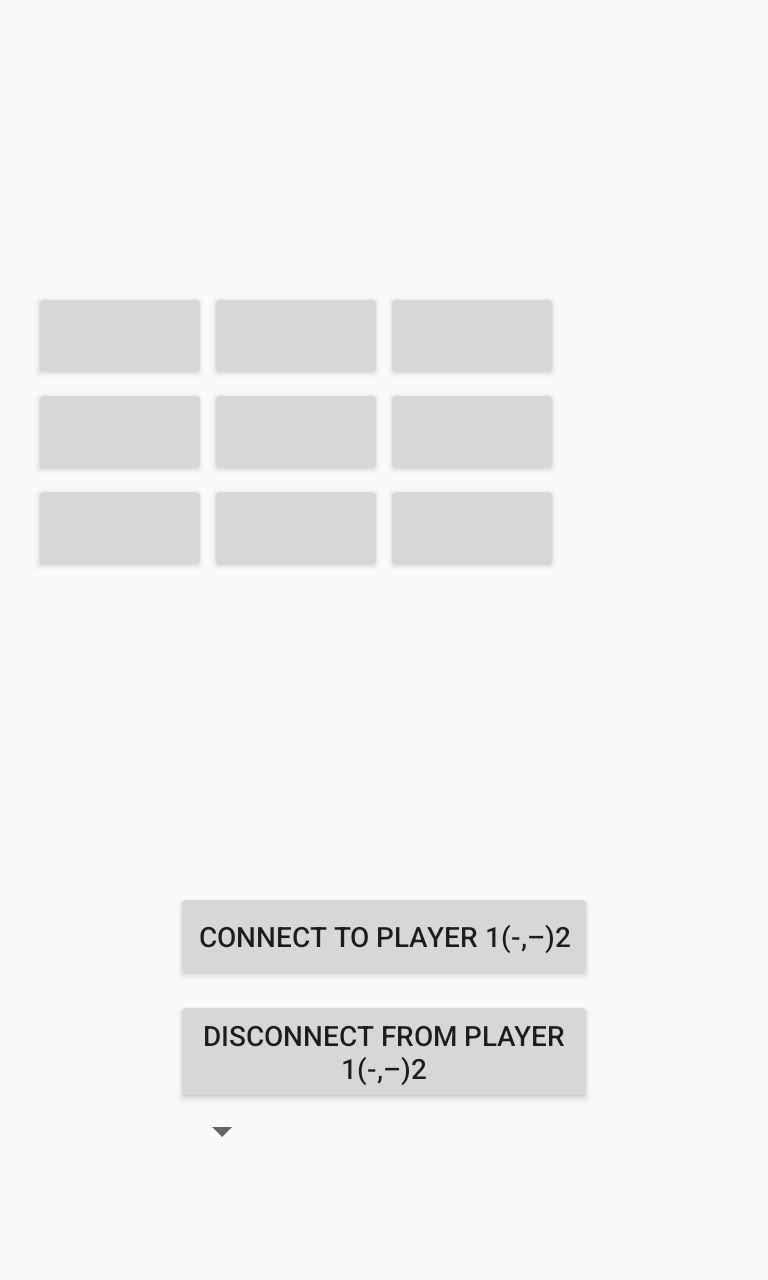
Repository: BananaGames/telecommProject
Layout: client/TelecommClient/res/layout/activity_main.xml
The author's editor kept a copy of each file at every save. The layout is drawn from the files as they stood at one save, then again after the next save.
It is drawn on a 768 x 1280 px phone screen (xhdpi) without system bars, with theme AppTheme; the app's code is not run.

Above is the layout before, as saved 2014-11-17 23:50:22.

After the next save:
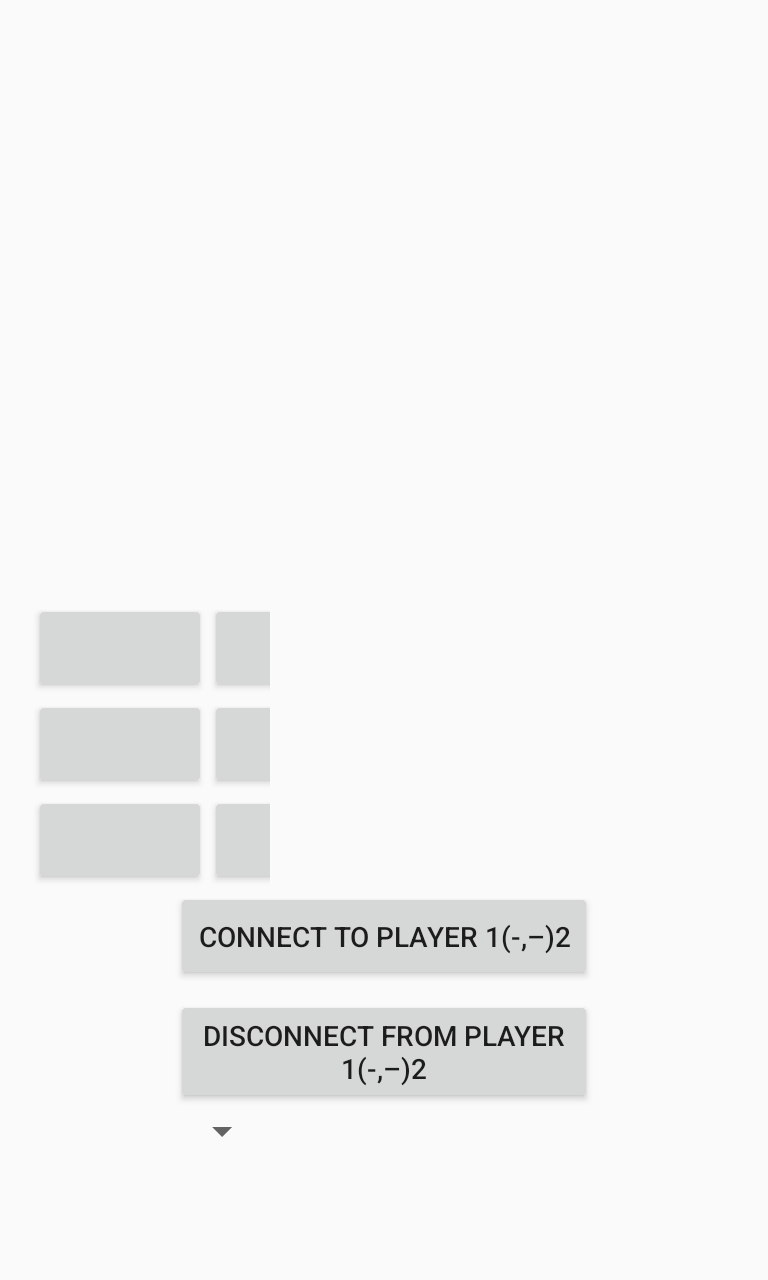
Saved 117 s later.
--- a/client/TelecommClient/res/layout/activity_main.xml
+++ b/client/TelecommClient/res/layout/activity_main.xml
@@ -39,7 +39,7 @@
         android:layout_height="wrap_content"
         android:layout_above="@+id/buttonConnect"
         android:layout_alignParentLeft="true"
-        android:layout_marginBottom="156dp" >
+        android:layout_alignRight="@+id/spinner1" >
 
         <TableRow
             android:id="@+id/tableRow1"
